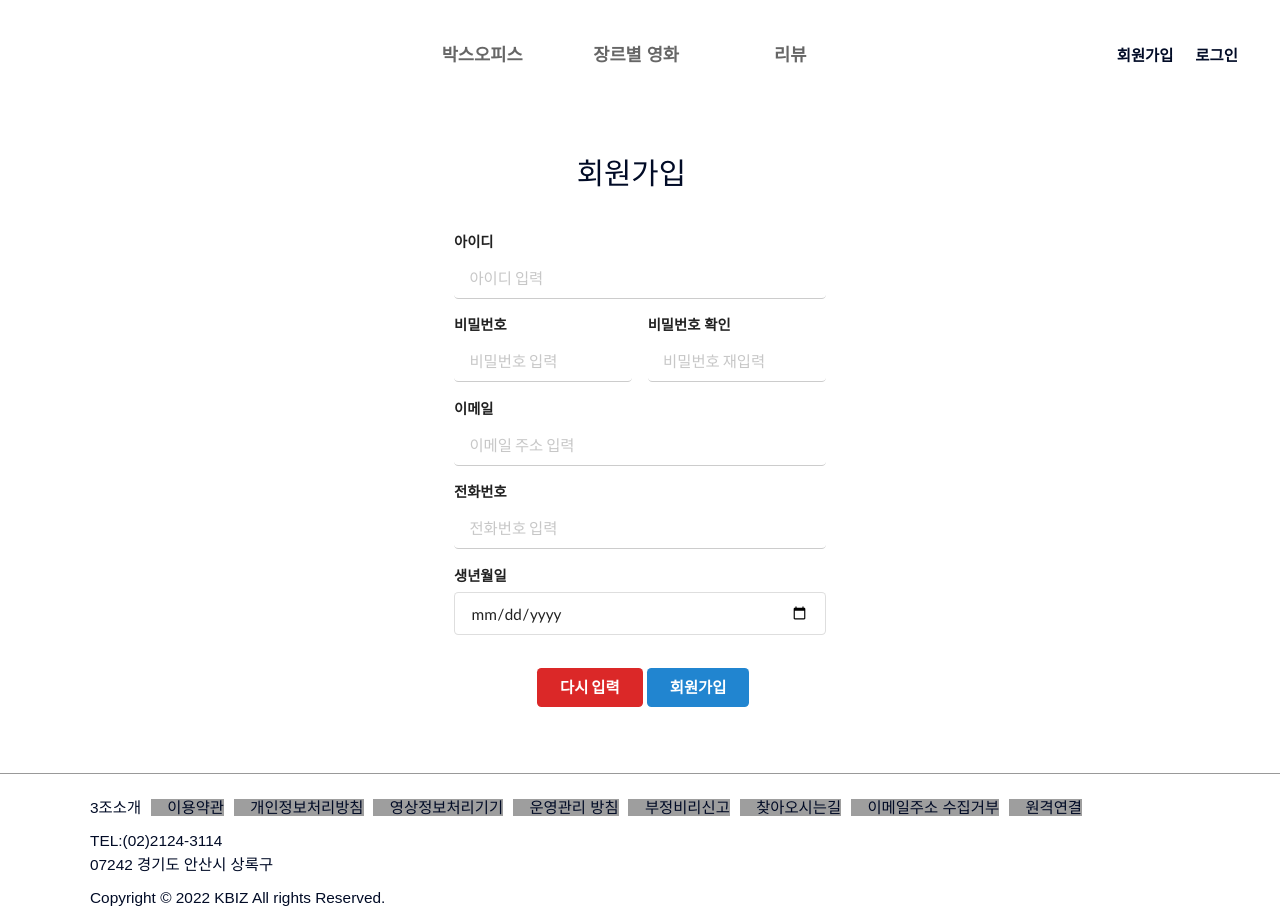
Repository: Minjeong204/project_Movie
Page: http://localhost/Movie/view/register.jsp
These files come from the project's save history. The page is drawn as it stood at one moment and after the next save; the edit follows.
The browser window is 1280 px wide. The pictures show the whole page.
Pictures or frames that could not be fetched are drawn as grey boxes. Some web libraries are served in a nearby version. The page is served by Tomcat 9. Nobody is signed in. The application's start-up code is not run. The template is opened directly, without the code that normally fills it, so the values that code supplies are empty.

Above is the page before, as saved 2022-12-28 18:37:08.

After the next save:
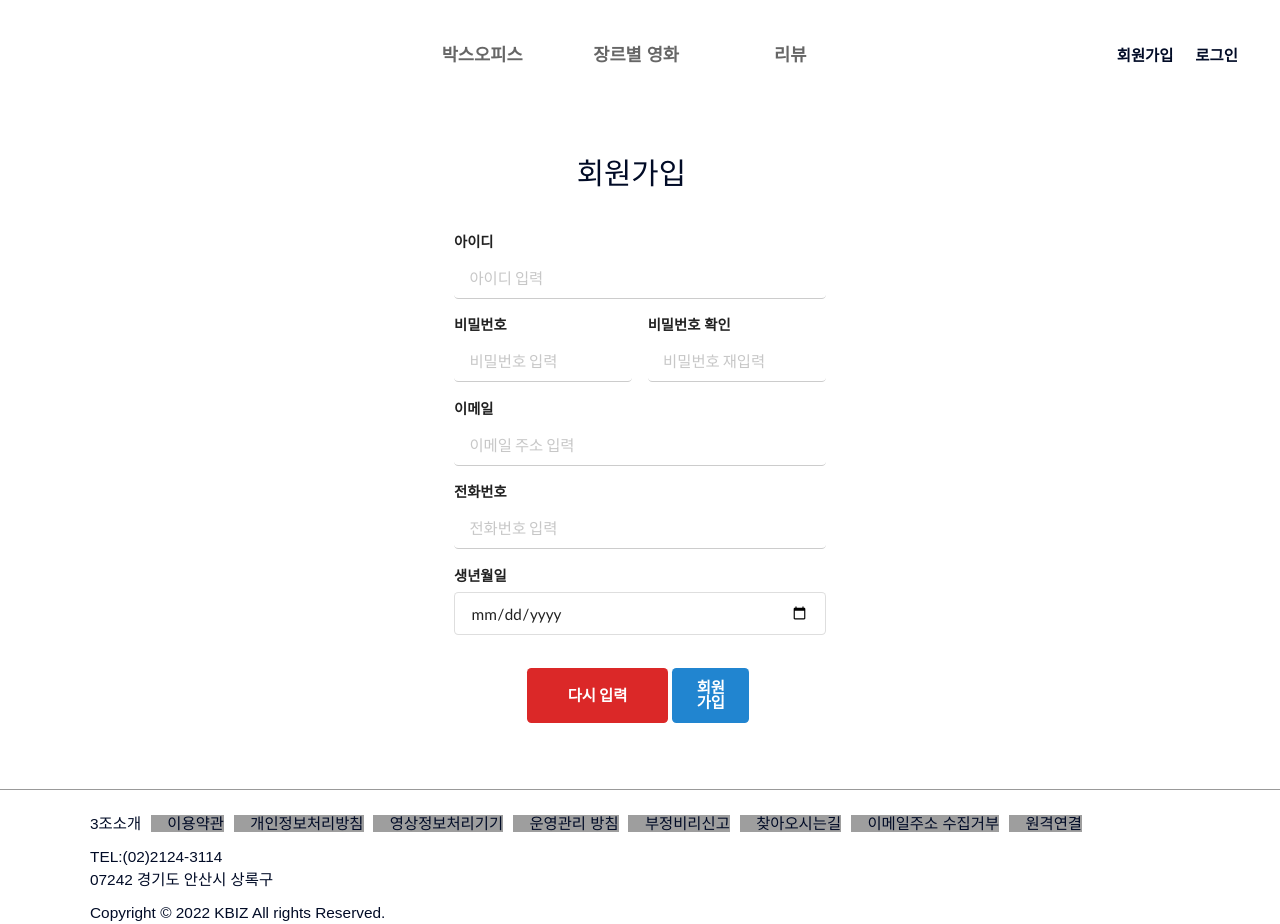
Saved 87 s later.
--- a/JSP-Project/Movie/WebContent/view/register.jsp
+++ b/JSP-Project/Movie/WebContent/view/register.jsp
@@ -52,7 +52,7 @@ if (request.getAttribute("regID") != null) {
 
 		<div class="field" id="reg_btn"
 			style="display: flex; justify-content: flex-end; margin-top: 30px;">
-			<button type="reset" class="joinbtn ui red button right">다시 입력</button>
+			<button type="reset" class="joinbtn ui red button right" style="width: 200px;">다시 입력</button>
 			<button type="button" class="joinbtn ui primary button right"
 				id="registerBtn">회원가입</button>
 			<input type="submit" id="registerSubmit" style="display: none;">
